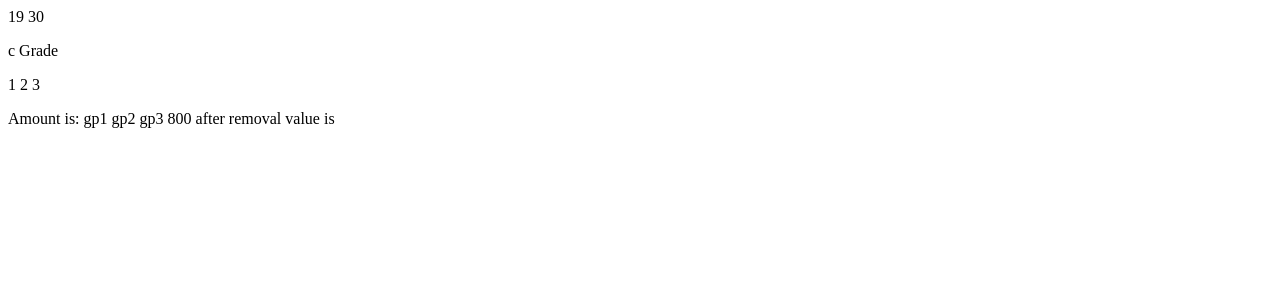
Repository: callgp/bt_servlet_jsp_jdbc
Page: http://localhost/JSTLTags/JSTLFormattingFurtherDemoErrorIfString.jsp
An editor plug-in stored every save of this project. The page is shown before and after the next save, followed by the edit.
The browser window is 1280 px wide. The pictures show the whole page.
The page is served by Tomcat 9. The template is opened directly, without the code that normally fills it, so the values that code supplies are empty.

Above is the page before, as saved 2020-07-12 23:31:42.

After the next save:
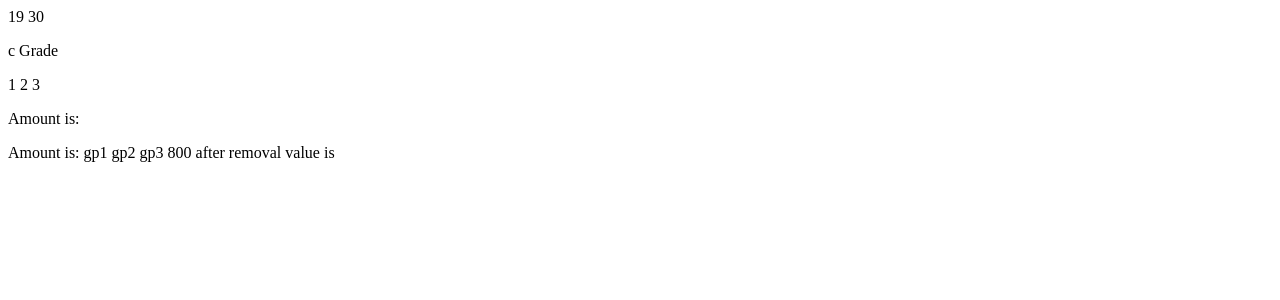
Saved 4 min 9 s later.
--- a/JSTLTags/WebContent/JSTLFormattingFurtherDemoErrorIfString.jsp
+++ b/JSTLTags/WebContent/JSTLFormattingFurtherDemoErrorIfString.jsp
@@ -68,6 +68,12 @@ request.setAttribute("studentNames", ls);
 <p>Amount is: <c:out value="${i}"/>
 
 
+<c:set var="accountBalance" value="7777.4567"/>
+<fmt:parseNumber var="i" type="number" value="${accountBalanace}"/>
+<p>Amount is: <c:out value="${i}"/>
+
+
+
 
 
 <c:forEach var="studentName" items="${studentNames}">
